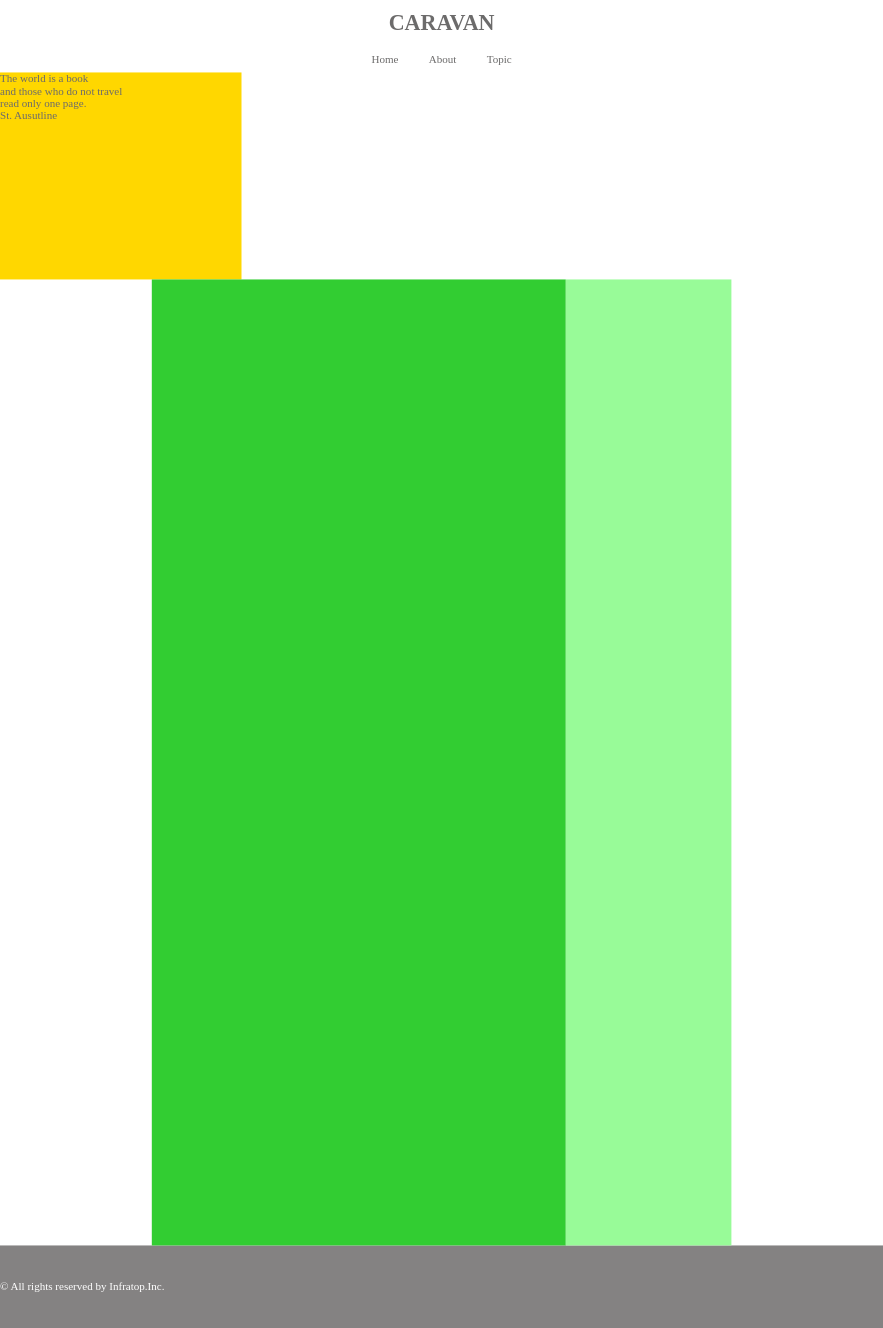
Repository: 44641/chapter9_exercise
Page: caravan/index.html
The author's editor kept a record of every edit. The page is drawn from the files as they stood at one moment, then again after the next edit.
The browser window is 1280 px wide. The pictures show the whole page, at 69% of full size.

Above is the page before.

### caravan/index.html
<!DOCTYPE html>
<html lang="ja">
  <head>
    <meta charest="UTF-8" />
    <link rel="stylesheet" href="style.css" />
    <title>CARAVAN</title>
    </head>

    <body>
      <header>
        <h1 class="heading">
          <a href="index.html">
          CARAVAN
          </a>
        </h1>
      </header>

    <nav>
      <ul class="nav-list">
        <li class="nav-list-item">
          <a href="index.html">Home</a>
        </li>
        <li class="nav-list-item">About</li>
        <li class="nav-list-item">Topic</li>
        </ul>
    </nav>

      <div class="main-visual">
       <div class="main-visual-content">
         <p class="main-visual-text">
           The world is a book<br />
           and those who do not travel<br /> read only one page.
         </p>
         <p class="main-visual-name">
           St. Ausutline
         </p>
       </div>
      </div>

      <div class="main">
       <div class="blog"></div>
       <div class="sidebar"></div>
       </div>


      <footer>
        <p class="footer-text">© All rights reserved by Infratop.Inc.</p>
      </footer>



    </body>
</html>

### caravan/style.css
/* ブラウザがそれぞれ持っているCSSをリセットするための記述 */
*
{
  margin: 0;
  padding: 0;
  box-sizing: border-box;
    color: #6c6b6b;
}

a {
  text-decoration: none;
}

header {
  width: 90%;
  padding: 15px 0;
  margin: 0 auto;
  text-align: center;
}

header .heading {
  font-size: 32px;
}

.nav-list {
  text-align: center;
  padding: 10px 0;
  margin: 0 auto;
}

.nav-list-item {
  list-style: none;
  display: inline-block;
  margin: 0 20px;
}

.main-visual {
  width: 100%;
  height: 300px;
}

.main-visual-content {
  width: 350px;
  height: 300px;
  background-color: gold;
}

.main{
  width: 840px;;
  display: flex;
  justify-content: center;
  margin: 0 auto;
}

.blog {
  width: 600px;
  height: 1400px;
  background-color: limegreen;
}

.sidebar {
  width: 240px;
  height: 1400px;
  background-color: palegreen;
}

footer {
  width: 100%;
  height: 120px;
  taxt-align: center;
  line-height: 120px;
  background-color: #848282;
}

.footer-text {
  color: #fff;
}

After the next edit:
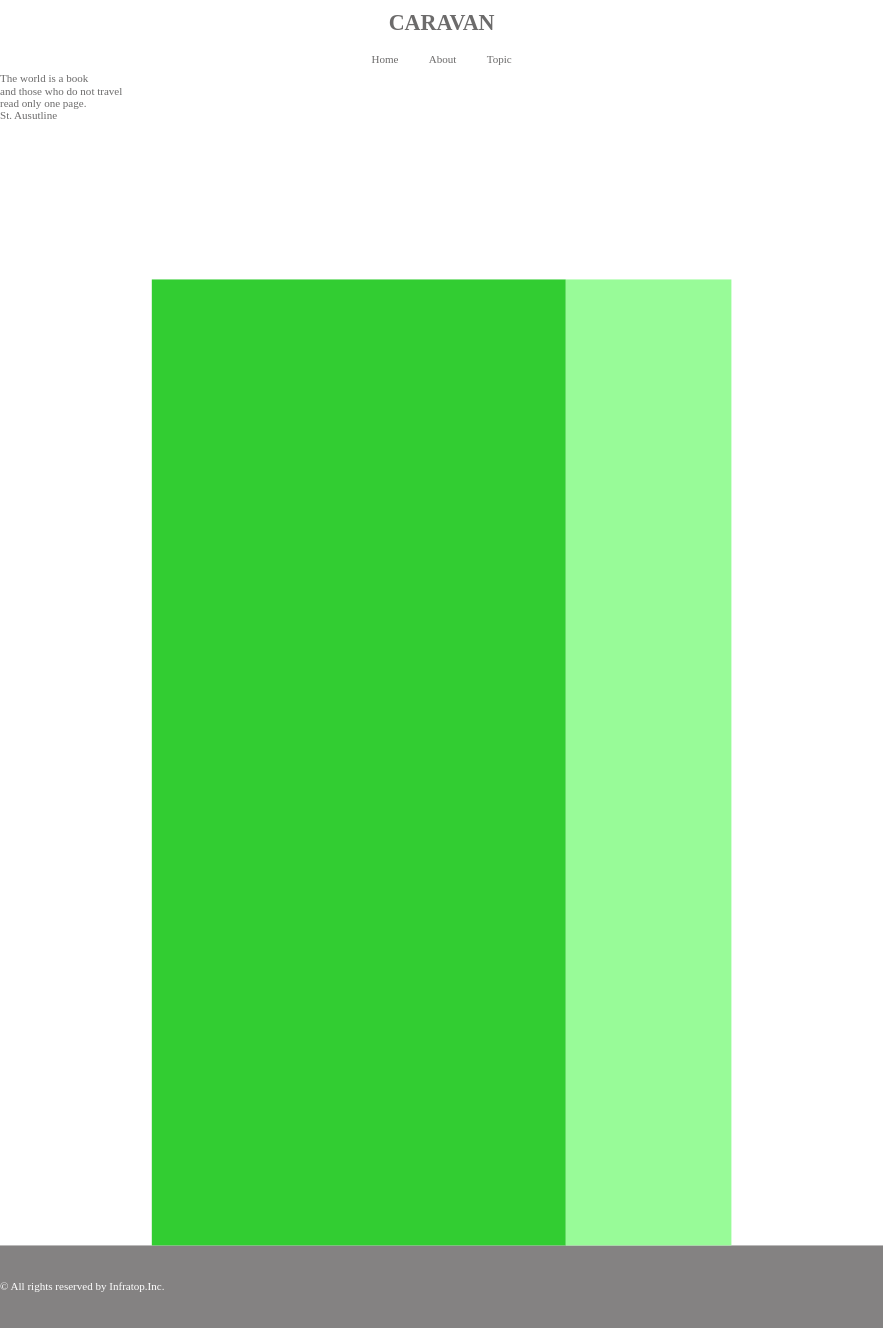
The edit:
--- a/caravan/style.css
+++ b/caravan/style.css
@@ -42,7 +42,6 @@
 .main-visual-content {
   width: 350px;
   height: 300px;
-  background-color: gold;
 }
 
 .main{
